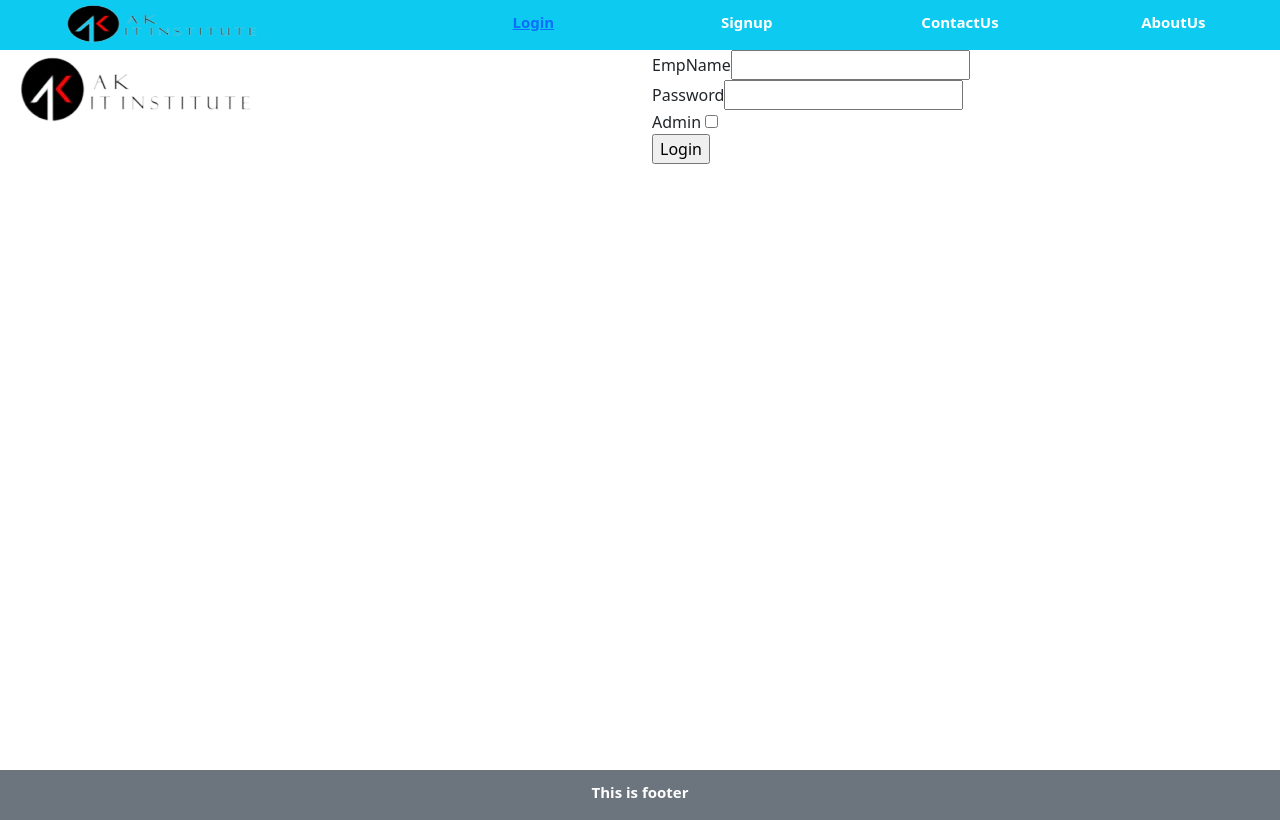
Repository: vishalsin888/J2EE-
Page: http://localhost/JSPE2E/login.jsp
The author's editor kept a copy of each file at every save. The page is drawn from the files as they stood at one save, then again after the next save.
The browser window is 1280 px wide. The pictures show the whole page.
The page is served by Tomcat 9.

Above is the page before, as saved 2022-10-28 10:56:03.

After the next save:
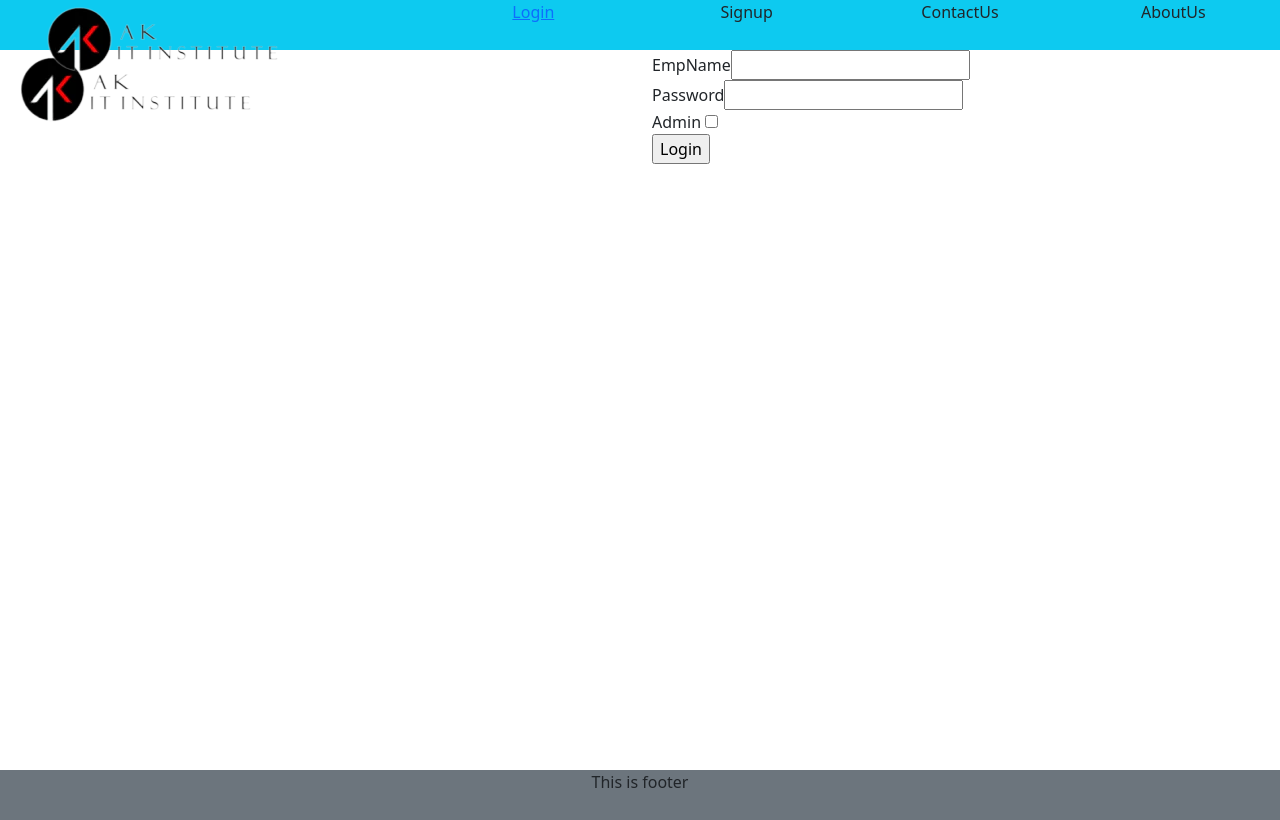
Saved 18 s later.
--- a/JSPE2E/src/main/webapp/header.jsp
+++ b/JSPE2E/src/main/webapp/header.jsp
@@ -7,18 +7,6 @@
     <meta name="viewport" content="width=device-width, initial-scale=1.0">
     <title>Document</title>
     <link href="https://cdn.jsdelivr.net/npm/bootstrap@5.2.2/dist/css/bootstrap.min.css" rel="stylesheet">
-    <style>
-        .my-lineheight{
-            line-height: 3;
-            color: white;
-            font-size: 15px;
-            font-weight: 700;
-        }
-        .logo{
-            width: 200px;
-    		height: 45px;
-        }
-    </style>
 </head>
 
 <body>

After the save that followed:
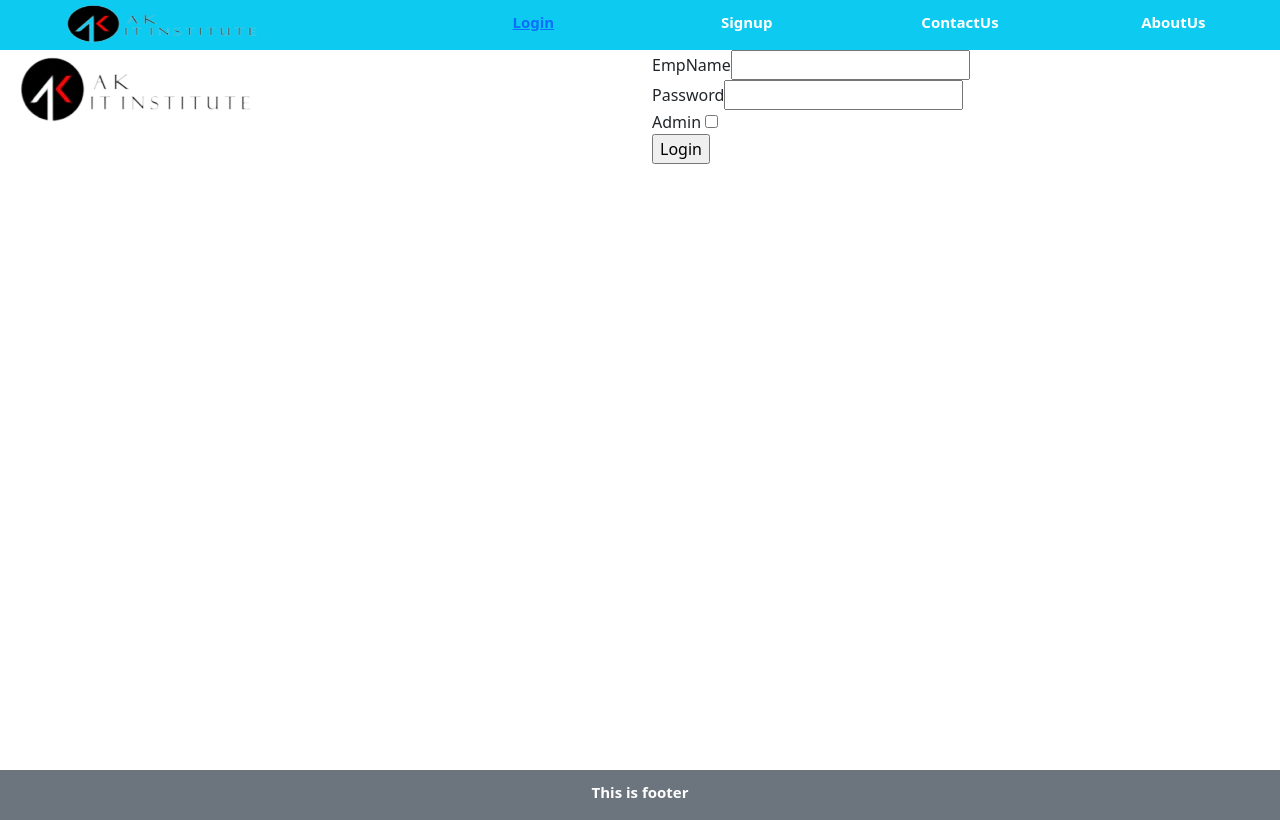
Saved 24 s later.
--- a/JSPE2E/src/main/webapp/header.jsp
+++ b/JSPE2E/src/main/webapp/header.jsp
@@ -7,6 +7,7 @@
     <meta name="viewport" content="width=device-width, initial-scale=1.0">
     <title>Document</title>
     <link href="https://cdn.jsdelivr.net/npm/bootstrap@5.2.2/dist/css/bootstrap.min.css" rel="stylesheet">
+    <link href="css/style.css" rel="stylesheet">
 </head>
 
 <body>
